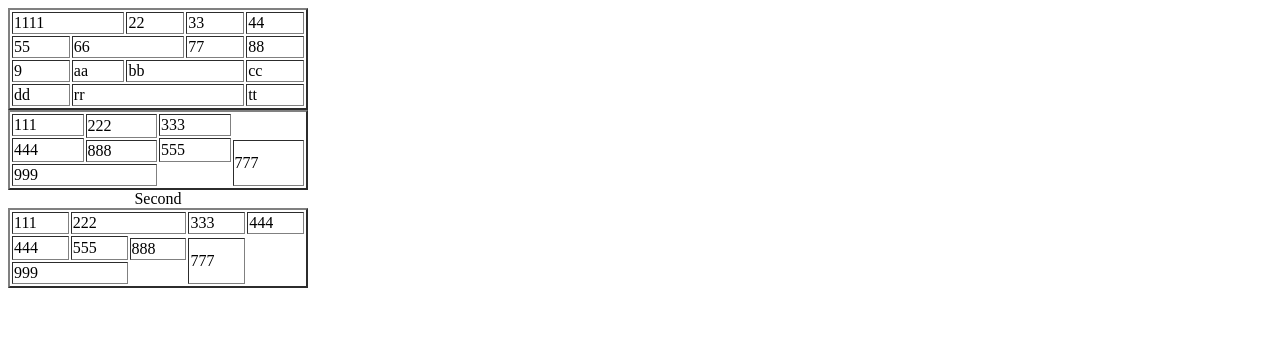
Repository: KseniaMakara/Web
Page: tables/index.html
An editor plug-in stored every save of this project. The page is shown before and after the next save, followed by the edit.
The browser window is 1280 px wide. The pictures show the whole page.

Above is the page before, as saved 2021-02-14 14:31:24.

After the next save:
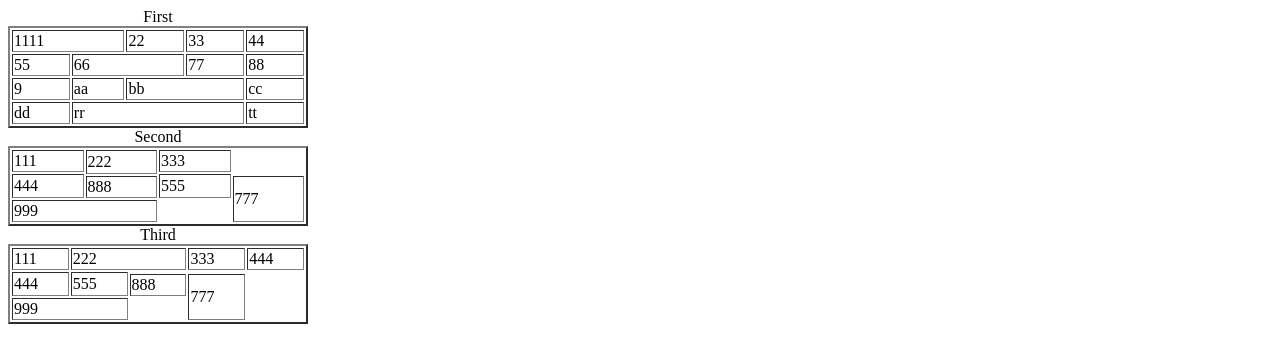
Saved 48 s later.
--- a/tables/index.html
+++ b/tables/index.html
@@ -1,5 +1,5 @@
 <table border="2px" width="300px">
-
+    <caption> First <caption>
     <tr>
         <td colspan="2"> 1111 </td>
         <td> 22 </td>
@@ -29,7 +29,7 @@
 
 
     <table border="2px" width="300px">
-
+        <caption> Second <caption>
         <tr>
             <td > 111 </td>
             <td rowspan="2">  222 </td>
@@ -51,7 +51,7 @@
         </table>
 
         <table border="2px" width="300px">
-        <caption> Second <caption>
+        <caption> Third <caption>
             <tr>
                 <td > 111 </td>
                 <td colspan="2">  222 </td>
